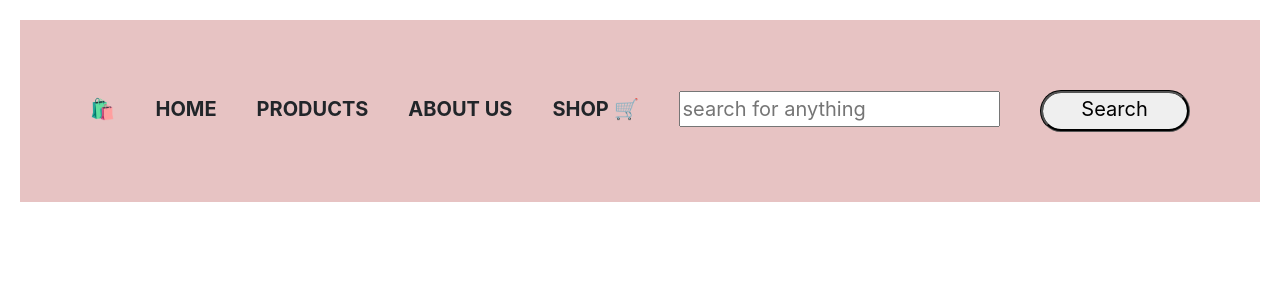
Repository: thf4/Project-Shop
Page: /
The author's editor kept a copy of each file at every save. The page is drawn from the files as they stood at one save, then again after the next save.
The browser window is 1280 px wide. The pictures show the whole page.
The pointer rests on the first visible `#button`.
The project was rebuilt for these pictures with package versions that can differ from the ones it lists, and the page was loaded fresh each time.

Above is the page before, as saved 2021-04-22 11:48:54.

### src/index.js
import React from 'react';
import ReactDOM from 'react-dom';
import 'bootstrap/dist/css/bootstrap.min.css';
import App from './App'


ReactDOM.render(
  <React.StrictMode>
   <App />
  </React.StrictMode>,
  document.getElementById('root')
);

### src/App.js
import './App.css'

function App() {
  return (
    <div className="App">
      <header className="App-header">

        <ul id="Lista">
          <li>🛍</li>
          <li> HOME </li>
          <li> PRODUCTS </li>
          <li> ABOUT US</li>
          <li> SHOP 🛒</li>
          <li><input type="text" id="area-find" placeholder="search for anything"/></li>
          <li><button id="button" for="input" >Search</button></li>
        </ul>

      </header>
    </div>
  );
}

export default App;

### src/App.css
.App{
  width: 100%;
  height: auto;
  padding: 20px;
}

#Lista{
  list-style-type: none;
  margin: 0;

  font-weight: bold;
  text-align: center;
  padding: 50px 50px;
}
li{
 display: inline-block;
 font-size: 20px;
 padding: 20px;

}
li:hover{
  color: rgb(209, 9, 59);
}
#button{
  border-radius: 30px;
  border-style: groove;
  border-width: 3px;
  height: 35px;
  width: 150px;
  padding-bottom:35px;
}
.App-header{

  background-color: #a0171741;
}

Loaded but not shown: public/index.html (common file)

After the next save:
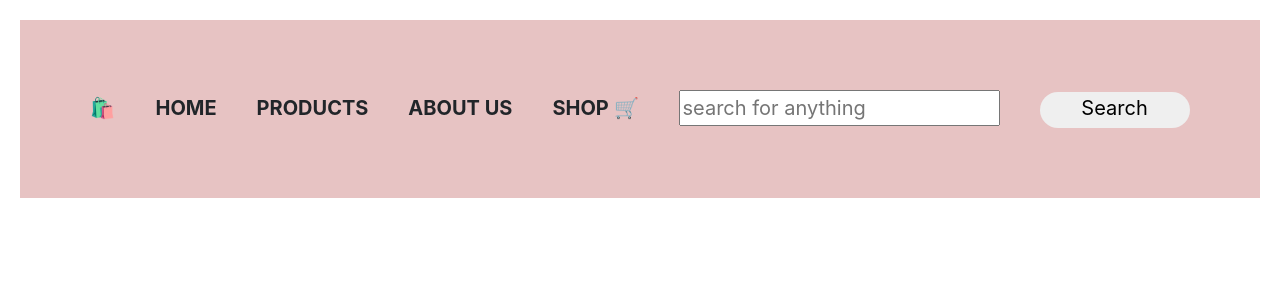
Saved 33 s later.
--- a/src/App.css
+++ b/src/App.css
@@ -29,6 +29,9 @@
   width: 150px;
   padding-bottom:35px;
 }
+#button:hover{
+  border-style: hidden;
+}
 .App-header{
 
   background-color: #a0171741;

After the save that followed:
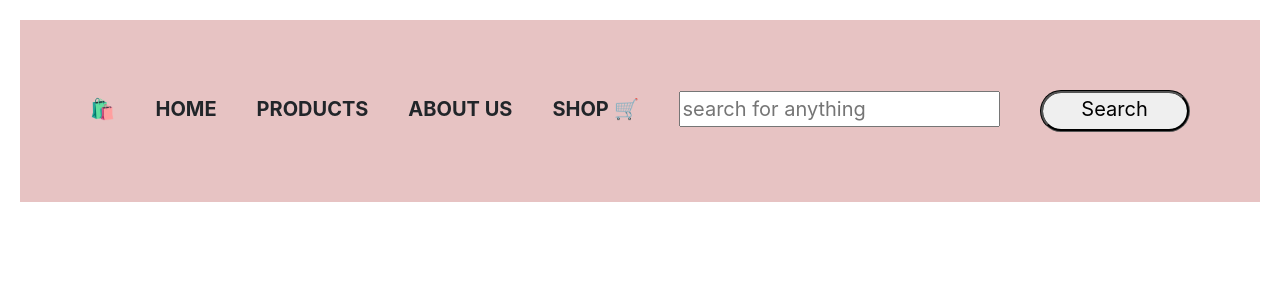
Saved 29 s later.
--- a/src/App.css
+++ b/src/App.css
@@ -30,7 +30,7 @@
   padding-bottom:35px;
 }
 #button:hover{
-  border-style: hidden;
+  border-style: groove;
 }
 .App-header{
 
